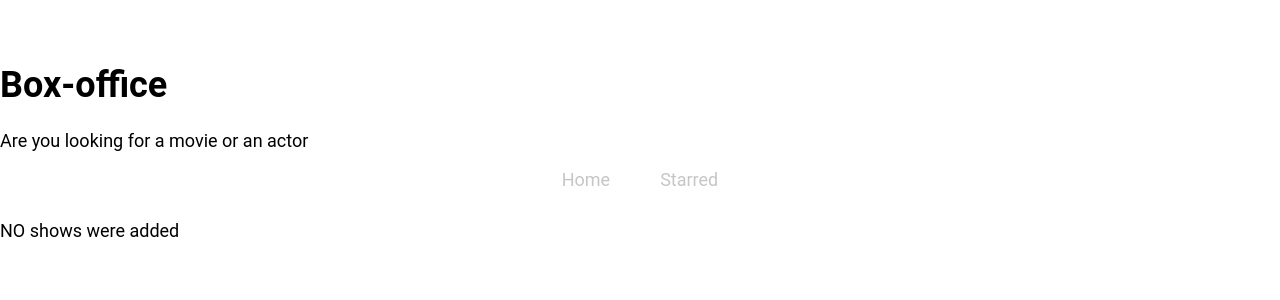
Repository: shivani5634/box-office
Page: /starred
These files come from the project's save history. The page is drawn as it stood at one moment and after the next save; the edit follows.
The browser window is 1280 px wide. The pictures show the whole page.
The project was rebuilt for these pictures with package versions that can differ from the ones it lists, and the page was loaded fresh each time. A package was used in the major version that the imports need, not the one package.json lists. Also part of the build but not shown: src/components/show/Cast.styled.js, src/components/show/Cast.js, src/components/show/Detailed.styled.js, src/components/show/Details.js, src/components/show/Seasons.styled.js, src/components/show/Seasons.js, src/components/styled.js, src/components/show/ShowMainData.styled.js and 6 more. Imported but missing from the stored project, and not drawn on this page: src/pages/Home.

Above is the page before, as saved 2021-07-29 18:11:04.

After the next save:
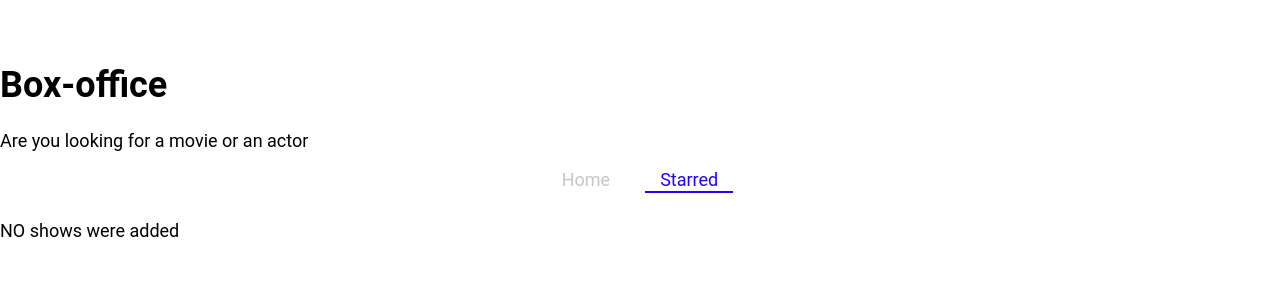
Saved 50 s later.
--- a/src/components/Navs.js
+++ b/src/components/Navs.js
@@ -8,7 +8,7 @@ const LINKS = [
 ];
 
 const Navs = () => {
-  const location = useLocation;
+  const location = useLocation();
   console.log('location', location);
   return (
     <div>
